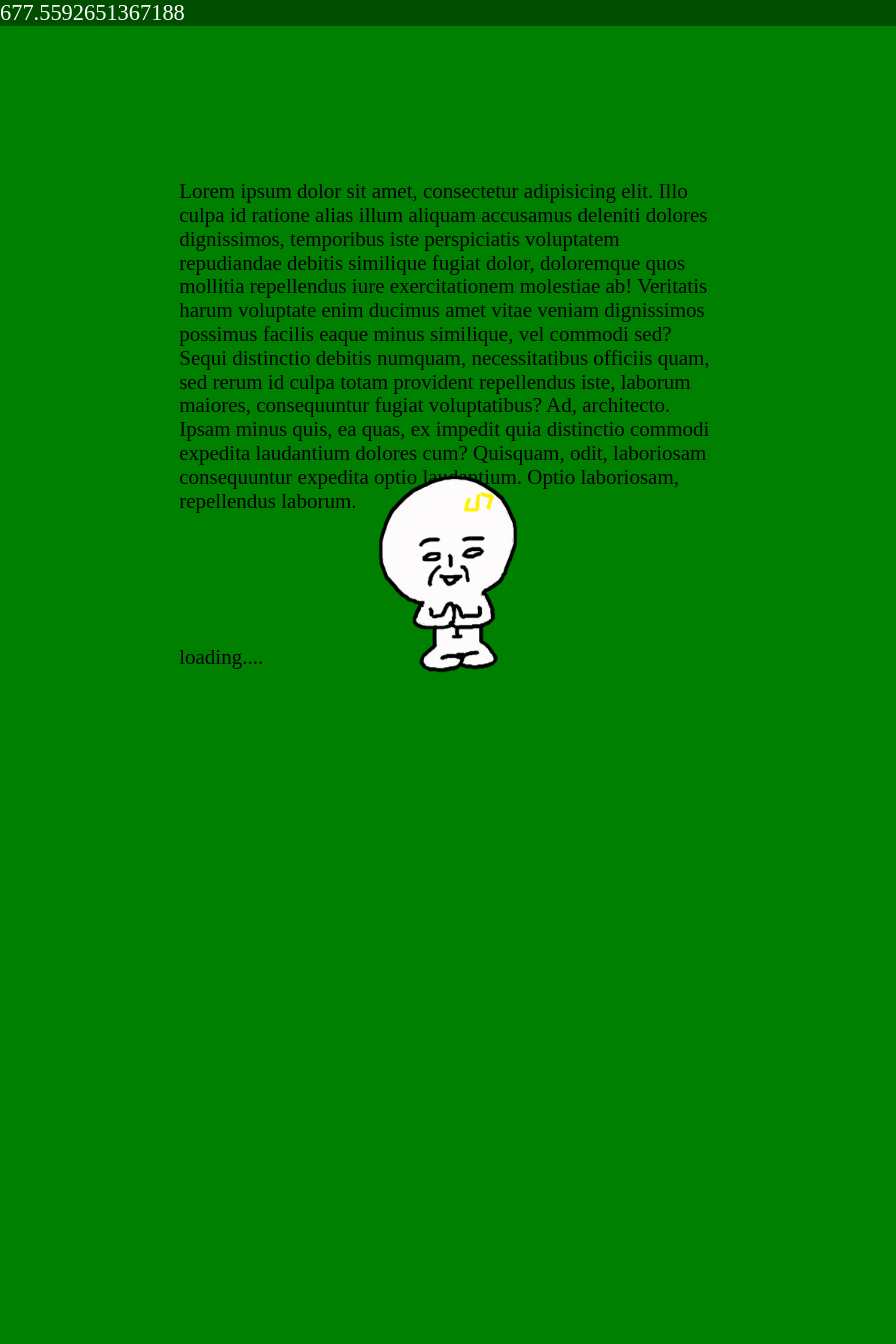
Repository: ggandory/interactiveweb
Page: Interactive_section8-scroll/01.html
The author's editor kept a copy of each file at every save. The page is drawn from the files as they stood at one save, then again after the next save.
The browser window is 1280 px wide. The pictures show the part of the page from y = 0 to 1920 px (the page is 7200 px tall), at 70% of full size.

Above is the page before, as saved 2024-10-10 09:46:15.

After the next save:
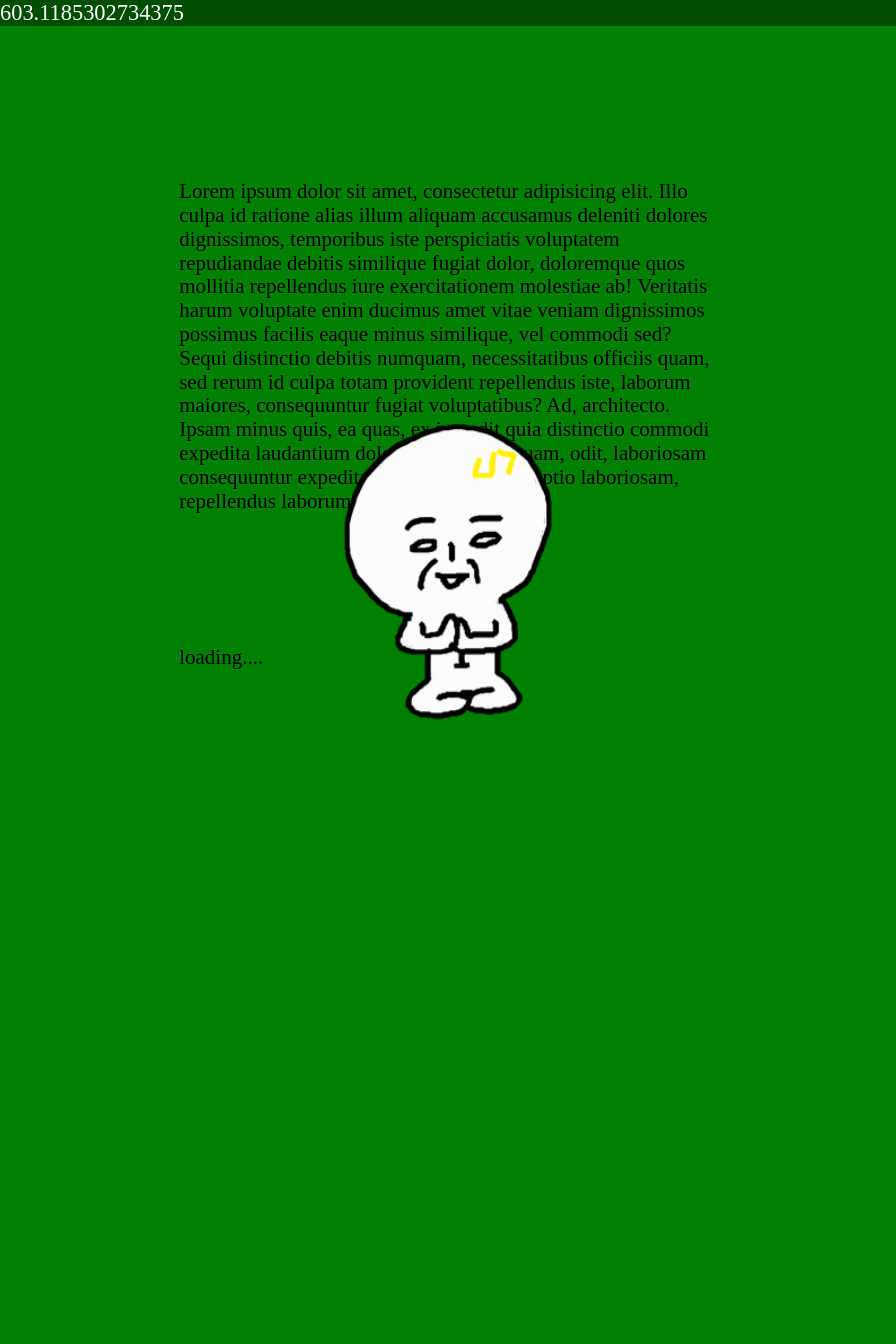
Saved 4 min 28 s later.
--- a/Interactive_section8-scroll/01.html
+++ b/Interactive_section8-scroll/01.html
@@ -36,7 +36,7 @@
         }
 
         .ilbuni.zoom {
-            transform: scale(2);
+            transform: scale(3);
         }
 
         .loading {
